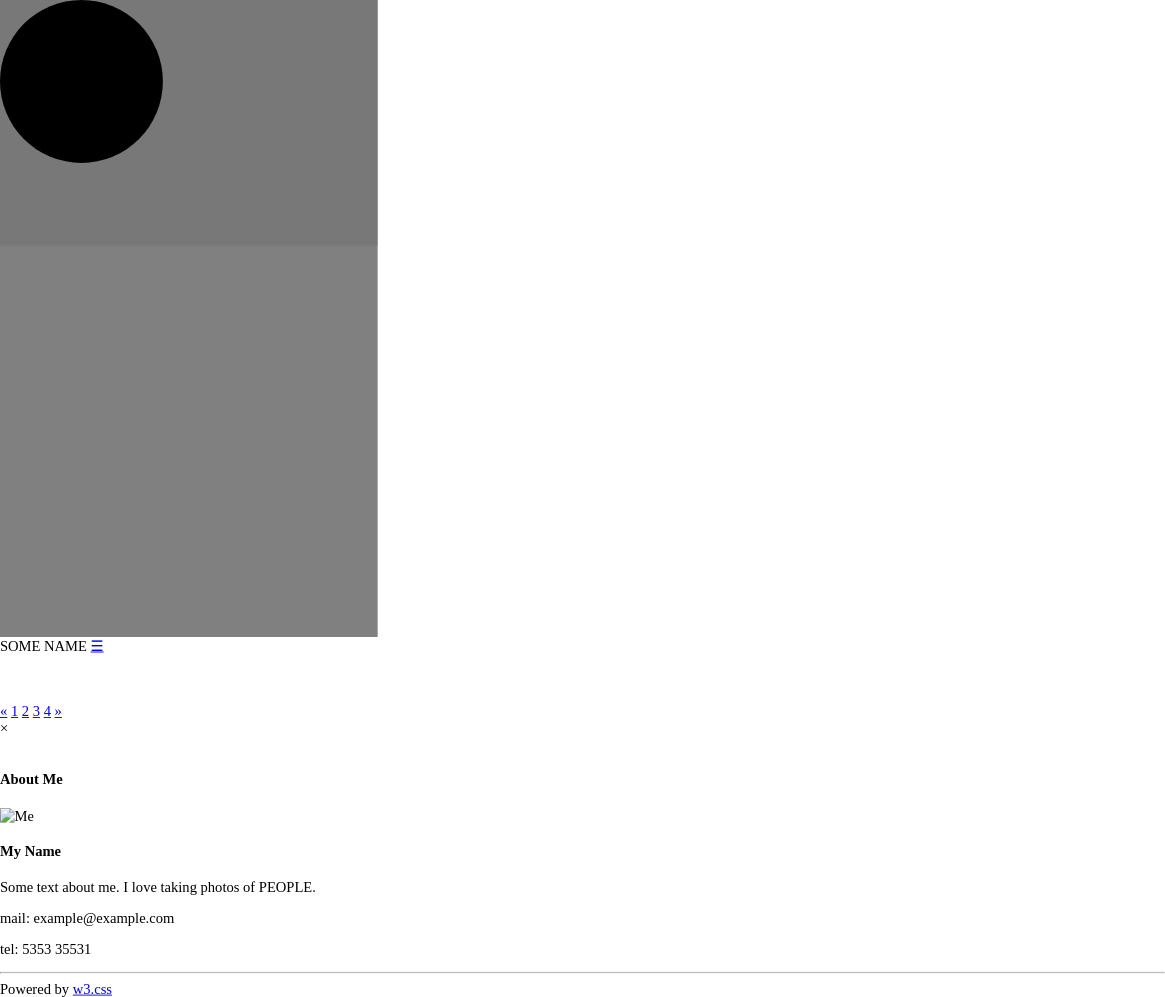
Repository: Jennica1/Frontend-Final
Page: index.html
An editor plug-in stored every save of this project. The page is shown before and after the next save, followed by the edit.
The browser window is 1280 px wide. The pictures show the whole page, at 91% of full size.

Above is the page before, as saved 2024-05-09 20:52:59.

### index.html
<!DOCTYPE html>
<html lang="en">
<head>
<title>W3.CSS Template</title>
<meta charset="UTF-8">
<meta name="viewport" content="width=device-width, initial-scale=1">
<link rel="stylesheet" href="style.css">
<body>

<!-- Sidebar/menu -->
<!--
<nav class="" style="" id="mySidebar"><br>
  <h3 class=""><b>SOME<br>NAME</b></h3>
  <a href="javascript:void(0)" onclick="w3_close()" class="">CLOSE</a>
  <a href="#" onclick="w3_close()" class="">PORTFOLIO</a>
  <a href="#about" onclick="w3_close()" class="">ABOUT ME</a>
</nav>
-->

<!--Side Nav-->
<div class="sidebar">
<img src="images/Ellipse 1.svg" class="profile"/>
<img src="images/Rectangle 2.svg" class="background-photo"/>
</div>
<!-- Top menu on small screens -->
<header class="">
  <span class="">SOME NAME</span>
  <a href="javascript:void(0)" class="" onclick="w3_open()">☰</a>
</header>

<!-- Overlay effect when opening sidebar on small screens -->
<div class="" onclick="w3_close()" style="" title="" id="myOverlay"></div>

<!-- !PAGE CONTENT! -->
<div class="" style="">

  <!-- Push down content on small screens -->
  <div class="" style=""></div>

  <!-- Photo grid -->
  <div class="">
    <div class="w3-third">
      <img src="" style="width:100%" onclick="onClick(this)" alt="">
      <img src="" style="width:100%" onclick="onClick(this)" alt="">
      <img src="" style="width:100%" onclick="onClick(this)" alt="">
    </div>

  <div class="">
      <img src="" style="width:100%" onclick="onClick(this)" alt="">
      <img src="" style="width:100%" onclick="onClick(this)" alt="">
      <img src="" style="width:100%" onclick="onClick(this)" alt="">
  </div>

  <div class="">
      <img src="" style="width:100%" onclick="onClick(this)" alt="">
      <img src="" style="width:100%" onclick="onClick(this)" alt="">
      <img src="" style="width:100%" onclick="onClick(this)" alt="">
    </div>
  </div>

  <!-- Pagination -->
  <div class="">
    <div class="">
      <a href="#" class="">«</a>
      <a href="#" class="">1</a>
      <a href="#" class="">2</a>
      <a href="#" class="">3</a>
      <a href="#" class="">4</a>
      <a href="#" class="">»</a>
    </div>
  </div>

  <!-- Modal for full size images on click-->
  <div id="modal01" class="" style="" onclick="this.style.display='none'">
    <span class="">×</span>
    <div class="">
      <img id="" class="">
      <p id="caption"></p>
    </div>
  </div>

  <!-- About section -->
  <div class="" id="about">
    <h4><b>About Me</b></h4>
    <img src="" alt="Me" class="" width="600" height="650">
    <div class="" style="">
      <h4>My Name</h4>
      <p>Some text about me. I love taking photos of PEOPLE.
      </p>
      <p>mail: example@example.com</p>
      <p>tel: 5353 35531</p>
      <hr class="">

  <!-- Footer -->
  </footer>

  <div class="w3-black w3-center w3-padding-24">Powered by <a href="https://www.w3schools.com/w3css/default.asp" title="W3.CSS" target="_blank" class="w3-hover-opacity">w3.css</a></div>

<!-- End page content -->
</div>

<script>
function w3_open() {
  document.getElementById("mySidebar").style.display = "block";
  document.getElementById("myOverlay").style.display = "block";
}

function w3_close() {
  document.getElementById("mySidebar").style.display = "none";
  document.getElementById("myOverlay").style.display = "none";
}

// Modal Image Gallery
function onClick(element) {
  document.getElementById("img01").src = element.src;
  document.getElementById("modal01").style.display = "block";
  var captionText = document.getElementById("caption");
  captionText.innerHTML = element.alt;
}
</script>


</body>
</html>

### style.css
body {
  display: flex;
  justify-content: center;
  flex-direction: column;
  min-height: 100%;
  margin: 0;
}

.sidebar {
  display: flex;
  width: 415px;
  height: 700px;
  background-color: grey;
}

.profile {
  z-index: 1;
  position: absolute;

}

.background-photo {
  z-index: 0;
  position: absolute;
}

After the next save:
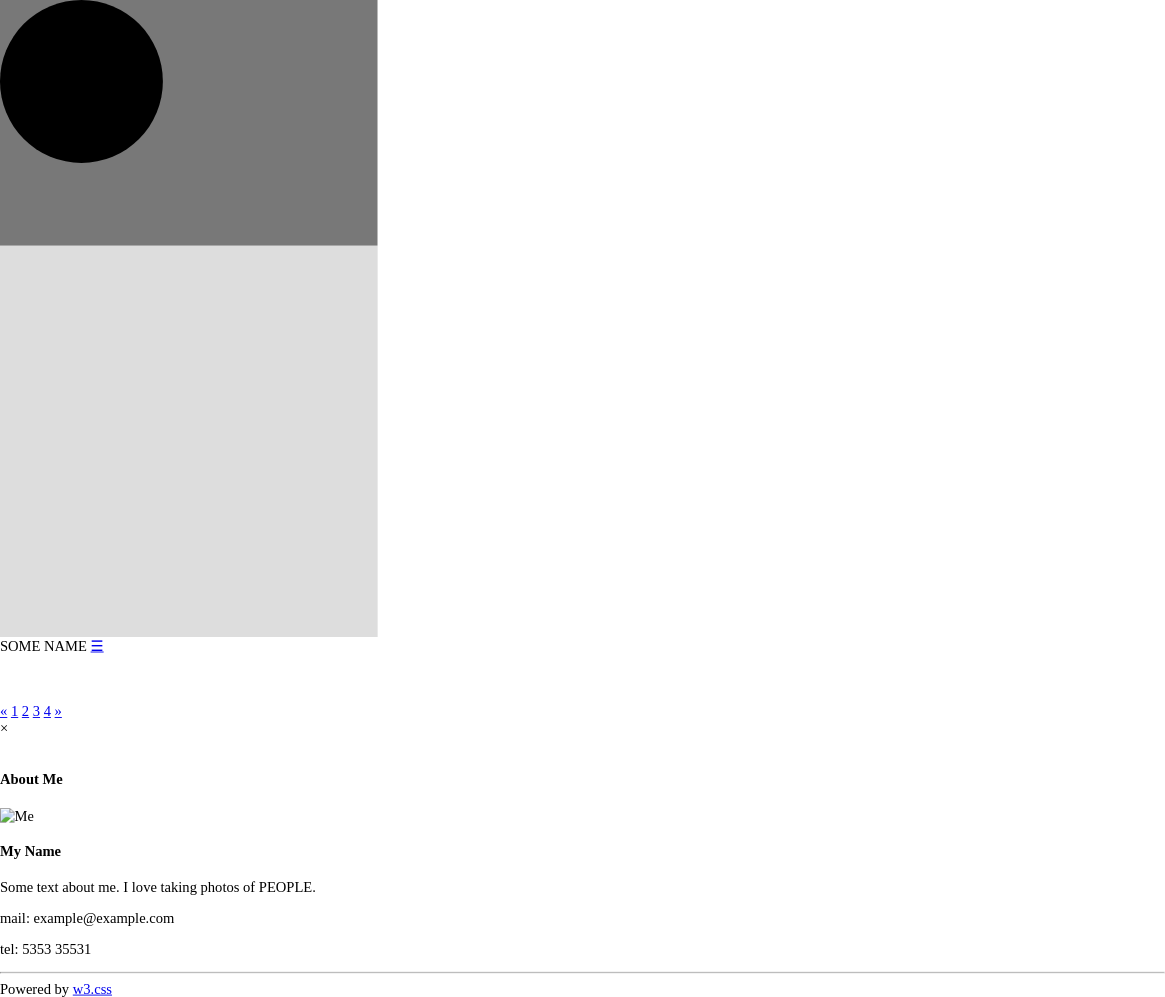
Saved 9 s later.
--- a/style.css
+++ b/style.css
@@ -10,7 +10,7 @@ body {
   display: flex;
   width: 415px;
   height: 700px;
-  background-color: grey;
+  background-color: rgb(221, 221, 221);
 }
 
 .profile {
